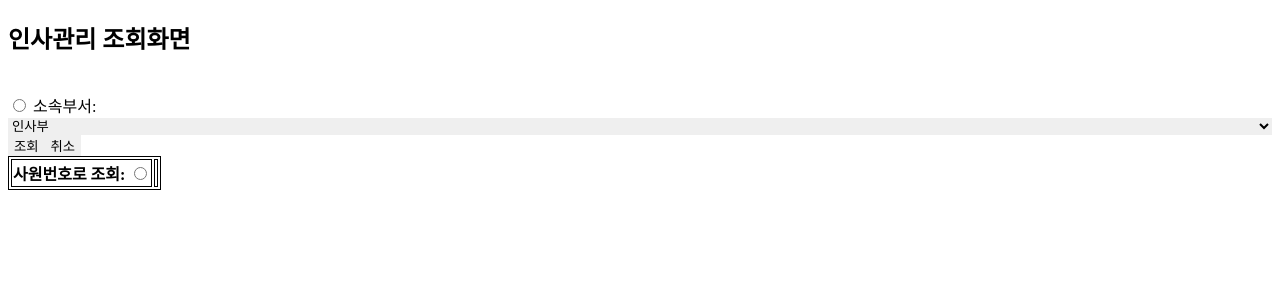
Repository: guguping/finalTestStudy
Page: http://localhost/test1/findMemberForm.jsp
The author's editor kept a copy of each file at every save. The page is drawn from the files as they stood at one save, then again after the next save.
The browser window is 1280 px wide. The pictures show the whole page.
The page is served by Tomcat 9.

Above is the page before, as saved 2023-07-28 04:59:40.

### test1/src/main/webapp/findMemberForm.jsp
<%@ page language="java" contentType="text/html; charset=UTF-8"
    pageEncoding="UTF-8"%>
<!DOCTYPE html>
<html>
<head>
<meta charset="UTF-8">
<title>Insert title here</title>
<style>
	table, tr, th {
		border: 1px solid black;
		text-align: center;
		box-sizing: border-box;
	}
	input {
		border: none;
		outline: none;
	}
	select {
		border: none;
		outline: none;
		width: 100%;
		height: 100%;
	}
</style>
</head>
<body>
	<h2>인사관리 조회화면</h2>
	<form action="index.jsp" method="get">
		<table>
			<tr>
				<th>
					<label for="searchType">사원번호로 조회: </label>
					<input type="radio" id="searchType" value="id" name="searchType">
				</th>
				<th></th>

			<input type="text" name="idValue"><br>
			</tr>
			<input type="radio" value="dept" name="searchType">
			소속부서:
			<select name="deptValue">
				<option value="인사부">인사부</option>
				<option value="기획부">기획부</option>
				<option value="홍보부">홍보부</option>
				<option value="영업부">영업부</option>
				<option value="경리부">경리부</option>
			</select><br>
			<input type="submit" value="조회">
			<input type="button" onclick="index()" value="취소">
		</table>
	</form>

</body>
<script>
	const index =()=>{
		location.href = "index.jsp";
	}
</script>
</html>

After the next save:
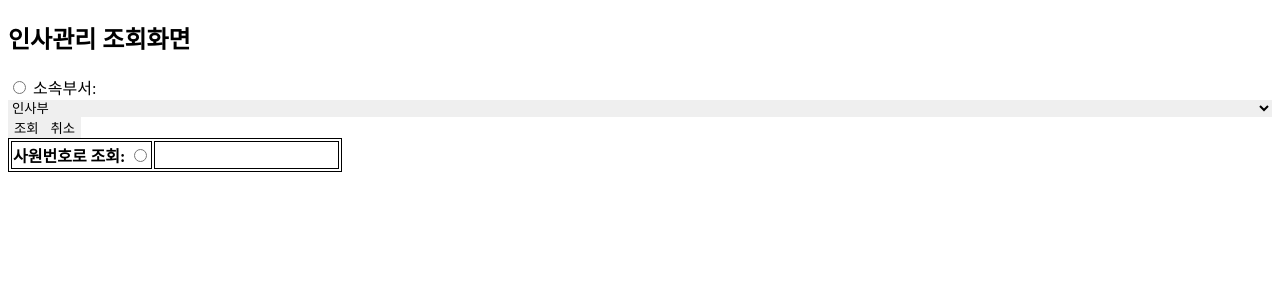
Saved 12 s later.
--- a/test1/src/main/webapp/findMemberForm.jsp
+++ b/test1/src/main/webapp/findMemberForm.jsp
@@ -32,9 +32,9 @@
 					<label for="searchType">사원번호로 조회: </label>
 					<input type="radio" id="searchType" value="id" name="searchType">
 				</th>
-				<th></th>
-
-			<input type="text" name="idValue"><br>
+				<th>
+					<input type="text" name="idValue"><br>
+				</th>
 			</tr>
 			<input type="radio" value="dept" name="searchType">
 			소속부서:
